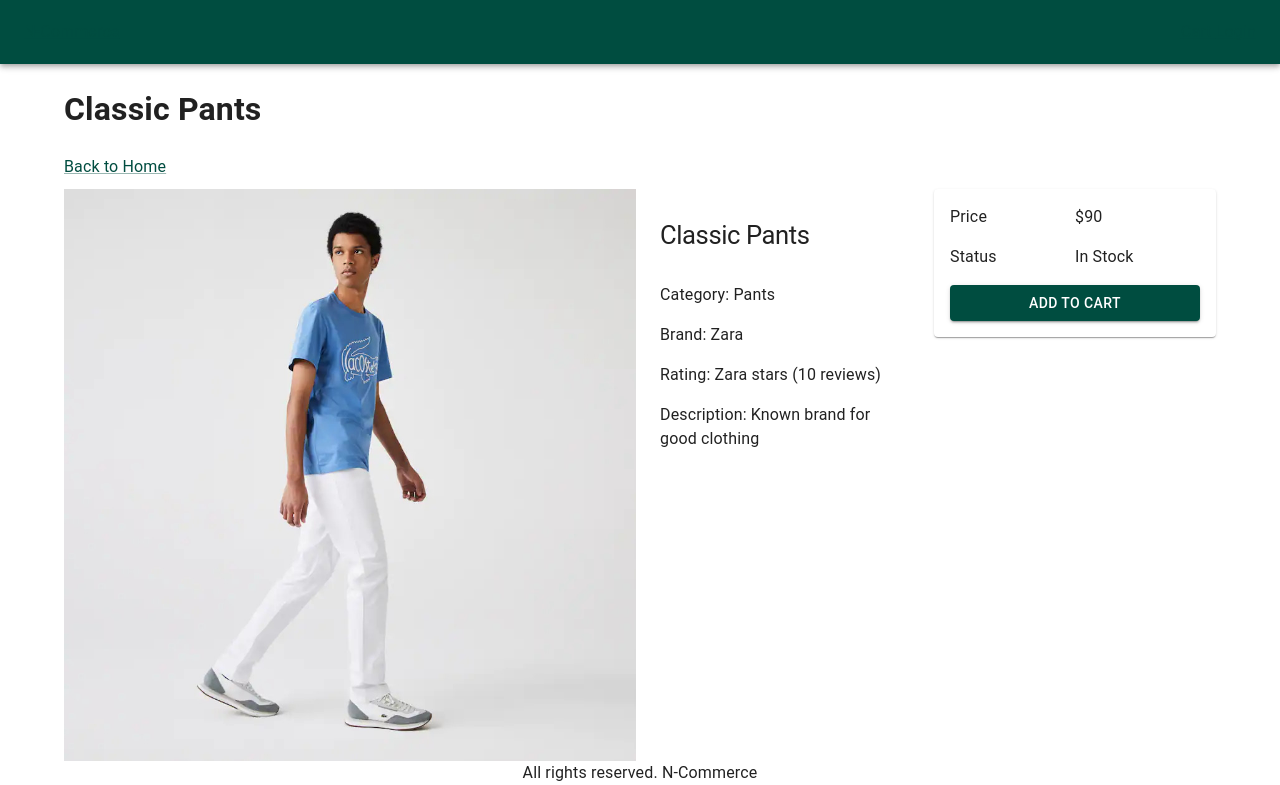
Repository: AK0493/Next-Commerce
Page: /product/classic-pants
These files come from the project's save history. The page is drawn as it stood at one moment and after the next save; the edit follows.
The browser window is 1280 px wide. The pictures show the whole page.
The project was rebuilt for these pictures with package versions that can differ from the ones it lists, and the page was loaded fresh each time. The framework's server and built-in components were replaced by stand-ins that run in the browser. Also part of the build but not shown: next.config.js.

Above is the page before, as saved 2022-02-07 17:32:00.

### pages/_app.js
import { useEffect } from 'react';
import '../styles/globals.css';

function MyApp({ Component, pageProps }) {
  useEffect(() => {
    const jssStyles = document.querySelector('#jss-server-side');
    if (jssStyles) {
      jssStyles.parentElement.removeChild(jssStyles);
    }
  }, []);
  return <Component {...pageProps} />;
}

export default MyApp;

### pages/product/[slug].js
import { useRouter } from 'next/router';
import React from 'react';
import data from '../../utils/data';
import NextLink from 'next/link';
import {
  Button,
  Card,
  Grid,
  Link,
  List,
  ListItem,
  Typography,
} from '@mui/material';
import Layout from '../../components/Layout';
import useStyles from '../../utils/styles';
import Image from 'next/image';
export default function ProductPage() {
  const classes = useStyles();
  const router = useRouter();
  const { slug } = router.query;
  const product = data.products.find((el) => el.slug === slug);
  if (!product) {
    return (
      <div>
        <h1>Product not Found!</h1>
      </div>
    );
  }
  return (
    <Layout title={product.name} description={product.description}>
      <div className={classes.section}>
        <h1>{product.name}</h1>
        <NextLink href="/" passHref>
          <Link>Back to Home</Link>
        </NextLink>
      </div>
      <Grid container spacing={1}>
        <Grid item md={6} xs={12}>
          <Image
            src={product.image}
            alt={product.name}
            width={640}
            height={640}
            layout="responsive"
          ></Image>
        </Grid>
        <Grid item md={3} xs={12}>
          <List>
            <ListItem>
              <Typography component="h1" variant="h1">
                {product.name}
              </Typography>
            </ListItem>
            <ListItem>
              <Typography>Category: {product.category}</Typography>
            </ListItem>
            <ListItem>
              <Typography>Brand: {product.brand}</Typography>
            </ListItem>
            <ListItem>
              <Typography>
                Rating: {product.brand} stars ({product.numReviews} reviews)
              </Typography>
            </ListItem>
            <ListItem>
              <Typography>Description: {product.description}</Typography>
            </ListItem>
          </List>
        </Grid>
        <Grid item md={3} xs={12}>
          <Card>
            <List>
              <ListItem>
                <Grid container>
                  <Grid item xs={6}>
                    <Typography>Price</Typography>
                  </Grid>
                  <Grid item xs={6}>
                    <Typography>${product.price}</Typography>
                  </Grid>
                </Grid>
              </ListItem>
              <ListItem>
                <Grid container>
                  <Grid item xs={6}>
                    <Typography>Status</Typography>
                  </Grid>
                  <Grid item xs={6}>
                    <Typography>
                      {product.CountInStock > 0 ? 'In Stock' : 'UNavailible'}
                    </Typography>
                  </Grid>
                </Grid>
              </ListItem>
              <ListItem>
                <Button fullWidth variant="contained" color="primary">
                  Add to Cart
                </Button>
              </ListItem>
            </List>
          </Card>
        </Grid>
      </Grid>
    </Layout>
  );
}

### styles/globals.css
html,
body {
  padding: 0;
  margin: 0;
  font-family: -apple-system, BlinkMacSystemFont, Segoe UI, Roboto, Oxygen,
    Ubuntu, Cantarell, Fira Sans, Droid Sans, Helvetica Neue, sans-serif;
}

a {
  color: #fff;
  text-decoration: none;
  cursor: pointer;
}

* {
  box-sizing: border-box;
}

### utils/data.js
const data = {
  products: [
    {
      name: 'Free Shirt',
      slug: 'free-shirt',
      category: 'Shirts',
      image: '/images/shirt1.jpg',
      price: 90,
      brand: 'Nike',
      rating: 4.5,
      numReviews: 10,
      CountInStock: 20,
      description: 'A popular shirt',
    },
    {
      name: 'Fit Shirt',
      slug: 'fit-shirt',
      category: 'Shirt',
      image: '/images/Shirt2.jpg',
      price: 90,
      brand: 'Addidas',
      rating: 4.5,
      numReviews: 10,
      CountInStock: 20,
      description: 'A popular shirt',
    },
    {
      name: 'Slim Shirt',
      slug: 'slim-shirt',
      category: 'Shirts',
      image: '/images/shirt3.jpg',
      price: 70,
      brand: 'Raymond',
      rating: 4.5,
      numReviews: 10,
      CountInStock: 20,
      description: 'A popular shirt',
    },
    {
      name: 'Golf Pants',
      slug: 'golf-pants',
      category: 'Pants',
      image: '/images/pants1.jpg',
      price: 70,
      brand: 'Oliver',
      rating: 4.5,
      numReviews: 10,
      CountInStock: 20,
      description: 'smart looking pants',
    },
    {
      name: 'Fit Pants',
      slug: 'fit-pants',
      category: 'Pants',
      image: '/images/pants2.jpg',
      price: 90,
      brand: 'Zara',
      rating: 4.5,
      numReviews: 10,
      CountInStock: 20,
      description: 'Known brand for good clothing',
    },
    {
      name: 'Classic Pants',
      slug: 'classic-pants',
      category: 'Pants',
      image: '/images/pants3.jpg',
      price: 90,
      brand: 'Zara',
      rating: 4.5,
      numReviews: 10,
      CountInStock: 20,
      description: 'Known brand for good clothing',
    },
  ],
};

export default data;

### components/Layout.js
import {
  AppBar,
  Container,
  createTheme,
  CssBaseline,
  Link,
  Toolbar,
  Typography,
  ThemeProvider,
} from '@mui/material';
import Head from 'next/head';
import React from 'react';
import useStyles from '../utils/styles';
import NextLink from 'next/link';

export default function Layout({ title, description, children }) {
  const theme = createTheme({
    typography: {
      h1: {
        fontSize: '1.6rem',
        fontWeight: 400,
        margin: '1rem 0',
      },
      h2: {
        fontSize: '1.6rem',
        fontWeight: 400,
        margin: '1rem 0',
      },
    },
    palette: {
      type: 'light',
      primary: {
        main: '#004D40',
      },
      secondary: {
        main: '#76FF03',
      },
    },
  });

  const classes = useStyles();
  return (
    <div>
      <Head>
        <title>{title ? `${title} - Next-Commerce` : 'Next Commerce'}</title>
        {description && <meta name="description" content={description}></meta>}
      </Head>
      <ThemeProvider theme={theme}>
        <CssBaseline />
        <AppBar position="static" className={classes.navbar}>
          <Toolbar>
            <NextLink href="/">
              <Link>
                <Typography>N-Commerce</Typography>
              </Link>
            </NextLink>
            <div className={classes.grow}></div>
            <div>
              <NextLink href="/cart">
                <Link>Cart </Link>
              </NextLink>
              <NextLink href="/login">
                <Link>Login</Link>
              </NextLink>
            </div>
          </Toolbar>
        </AppBar>
        <Container className={classes.main}>{children}</Container>
        <footer className={classes.footer}>
          <Typography>All rights reserved. N-Commerce</Typography>
        </footer>
      </ThemeProvider>
    </div>
  );
}

### utils/styles.js
import { makeStyles } from '@mui/styles';

const useStyles = makeStyles({
  navbar: {
    backgroundColor: '#203040',
  },
  '& a': {
    color: '#fff',
    marginLeft: '10',
  },
  grow: {
    flexGrow: 1,
  },
  main: {
    minHeight: '80vh',
  },
  section: {
    marginTop: '10px',
    marginBottom: '10px',
  },
  footer: {
    textAlign: 'center',
  },
});
export default useStyles;

After the next save:
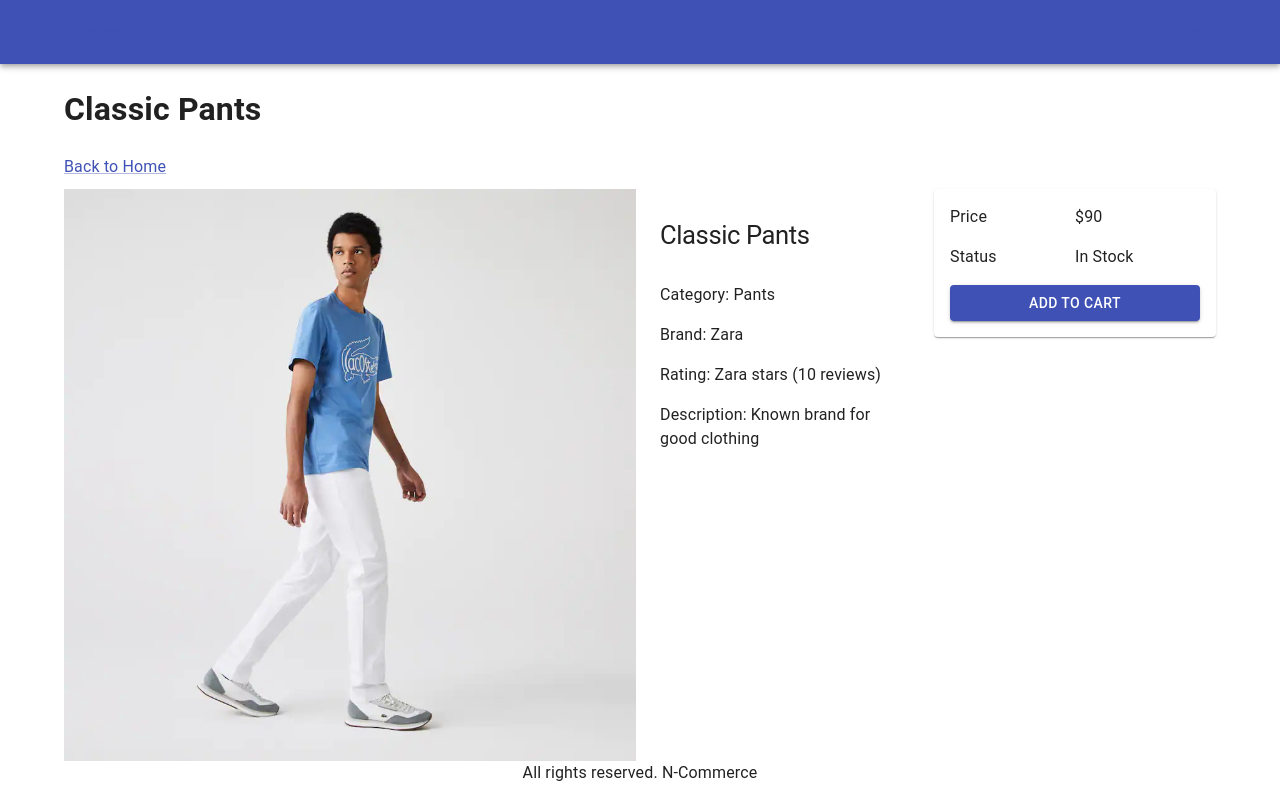
Saved 49 s later.
--- a/components/Layout.js
+++ b/components/Layout.js
@@ -30,7 +30,7 @@
     palette: {
       type: 'light',
       primary: {
-        main: '#004D40',
+        main: '#3F51B5',
       },
       secondary: {
         main: '#76FF03',
